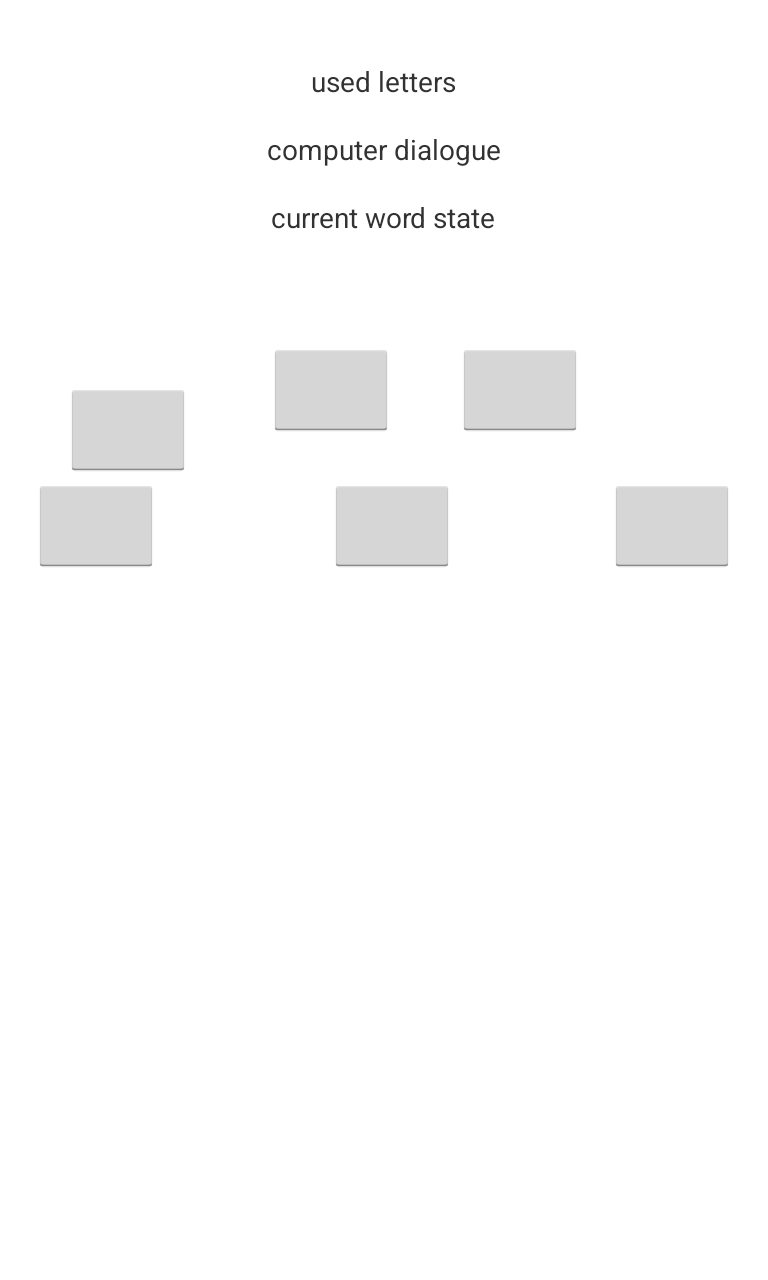
Repository: svandenhout/EvilSpaceMonsterHangman
Layout: evilSpaceMonsterHangman/res/layout/activity_main.xml
An editor plug-in stored every save of this project. The layout is shown before and after the next save, followed by the edit.
It is drawn on a 768 x 1280 px phone screen (xhdpi) without system bars, with theme AppTheme; the app's code is not run.

Above is the layout before, as saved 2013-12-16 12:30:26.

### evilSpaceMonsterHangman/res/layout/activity_main.xml
<RelativeLayout xmlns:android="http://schemas.android.com/apk/res/android"
              xmlns:tools="http://schemas.android.com/tools"
              android:layout_width="match_parent"
              android:layout_height="match_parent"
              android:paddingLeft="@dimen/activity_horizontal_margin"
              android:paddingRight="@dimen/activity_horizontal_margin"
              android:paddingTop="@dimen/activity_vertical_margin"
              android:paddingBottom="@dimen/activity_vertical_margin"
              tools:context=".MainActivity"
              android:orientation="vertical">

    <TextView
            android:id="@+id/usedLetters"
            android:layout_width="wrap_content"
            android:layout_height="wrap_content"
            android:text="@string/used_letters"
            android:layout_centerHorizontal="true"
            android:layout_marginTop="15dp"/>

    <TextView
            android:id="@+id/computerDialogue"
            android:layout_width="wrap_content"
            android:layout_height="wrap_content"
            android:layout_centerHorizontal="true"
            android:text="@string/computer_dialogue"
            android:layout_below="@+id/usedLetters"
            android:layout_marginTop="15dp"/>

    <TextView
            android:id="@+id/currentWordState"
            android:layout_width="wrap_content"
            android:layout_height="wrap_content"
            android:layout_below="@id/computerDialogue"
            android:text="@string/current_word_state"
            android:layout_centerHorizontal="true"
            android:layout_marginTop="15dp"/>

    <Button
        android:id="@+id/eye_1"
        android:layout_width="wrap_content"
        android:layout_height="wrap_content"
        android:layout_alignBaseline="@+id/eye_5"
        android:layout_alignBottom="@+id/eye_5"
        android:layout_alignParentRight="true"
        android:onClick="eyePress"
         />

    <Button
        android:id="@+id/eye_4"
        android:layout_width="wrap_content"
        android:layout_height="wrap_content"
        android:layout_alignBottom="@+id/eye_6"
        android:layout_alignLeft="@+id/computerDialogue"
        android:layout_marginBottom="20dp"
        android:onClick="eyePress" />

    <Button
        android:id="@+id/eye_6"
        android:layout_width="wrap_content"
        android:layout_height="wrap_content"
        android:layout_alignParentLeft="true"
        android:layout_below="@+id/currentWordState"
        android:layout_marginLeft="16dp"
        android:layout_marginTop="73dp"
        android:onClick="eyePress" />

    <Button
        android:id="@+id/eye_5"
        android:layout_width="wrap_content"
        android:layout_height="wrap_content"
        android:layout_alignParentLeft="true"
        android:layout_below="@+id/eye_6"
        android:onClick="eyePress" />

    <Button
        android:id="@+id/eye_3"
        android:layout_width="wrap_content"
        android:layout_height="wrap_content"
        android:layout_alignBaseline="@+id/eye_1"
        android:layout_alignBottom="@+id/eye_1"
        android:layout_toLeftOf="@+id/eye_2"
        android:onClick="eyePress" />

    <Button
        android:id="@+id/eye_2"
        android:layout_width="wrap_content"
        android:layout_height="wrap_content"
        android:layout_alignBaseline="@+id/eye_4"
        android:layout_alignBottom="@+id/eye_4"
        android:layout_toRightOf="@+id/usedLetters"
        android:onClick="eyePress" />

</RelativeLayout>

### evilSpaceMonsterHangman/res/values/strings.xml
<?xml version="1.0" encoding="utf-8"?>
<resources>

    <string name="app_name" >Hangman
    </string>

    <!-- settings & preferences -->
    <string name="hi_scores" >hi-scores
    </string>
    <string name="settings" >settings
    </string>
    <string name="reset" >reset game
    </string>

    <string name="title_user_name" >user name
    </string>
    <string name="title_word_length">word length
    </string>
    <string name="title_amount_of_turns">amount of turns
    </string>
    <string name="title_evil_mode">Evil Mode
    </string>

    <string name="summary_user_name">set your user name here
    </string>
    <string name="summary_word_length">set the length of the words that you want to use
    </string>
    <string name="summary_amount_of_turns">set the amount of turns until you lose
    </string>
    <string name="summary_evil_mode">Start playing Evil Mode, You will not win
    </string>

    <string name="dialog_user_name" >user name:
    </string>
    <string name="dialog_word_length">word length:
    </string>
    <string name="dialog_amount_of_turns">amount of turns:
    </string>
    <string name="dialog_evil_mode">Evil Mode?
    </string>


    <!-- game ui -->
    <string name="current_word" >current word
    </string>
    <string name="current_word_state" >current word state
    </string>
    <string name="used_letters" >used letters
    </string>
    <string name="computer_dialogue">computer dialogue</string>
    <string name="button_text">a</string>

    <!-- game states -->
    <string name="game_won">game won
    </string>
    <string name="game_lost">game lost
    </string>

    <!-- computer monologue -->
    <string name="cmonologue_start">Pick a letter to start playing</string>
    <string name="cmonologue_used">This letter has already been used, try again</string>
    <string name="cmonologue_invalid">WHAT THE HELL IS THAT!?, try another one</string>
    <string name="cmonologue_wrong">Wrong guess, pick again</string>
    <string name="cmonologue_correct">Lucky, why don\'t you try again?</string>
    <string name="cmonologue_won">:((</string>
    <string name="cmonologue_lost">:-)</string>
</resources>

Loaded but not shown: evilSpaceMonsterHangman/res/values/styles.xml (common file); evilSpaceMonsterHangman/res/values-v11/styles.xml (common file); evilSpaceMonsterHangman/res/values-v14/styles.xml (common file); evilSpaceMonsterHangman/res/values/dimens.xml (common file)

After the next save:
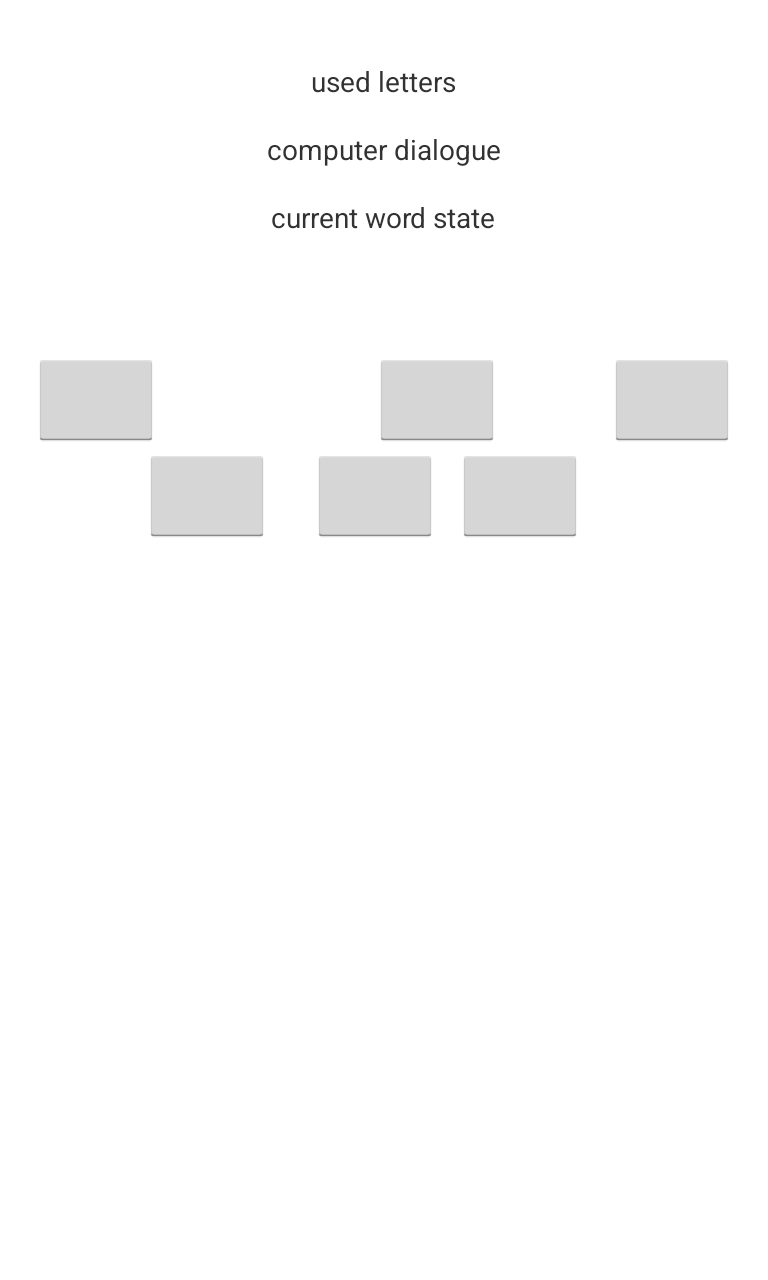
Saved 10 min 33 s later.
--- a/evilSpaceMonsterHangman/res/layout/activity_main.xml
+++ b/evilSpaceMonsterHangman/res/layout/activity_main.xml
@@ -39,19 +39,25 @@
         android:id="@+id/eye_1"
         android:layout_width="wrap_content"
         android:layout_height="wrap_content"
-        android:layout_alignBaseline="@+id/eye_5"
-        android:layout_alignBottom="@+id/eye_5"
+        android:layout_alignBaseline="@+id/eye_3"
+        android:layout_alignBottom="@+id/eye_3"
+        android:layout_toRightOf="@+id/usedLetters"
+        android:onClick="eyePress" />
+
+    <Button
+        android:id="@+id/eye_2"
+        android:layout_width="wrap_content"
+        android:layout_height="wrap_content"
+        android:layout_above="@+id/eye_1"
         android:layout_alignParentRight="true"
-        android:onClick="eyePress"
-         />
+        android:onClick="eyePress" />
 
     <Button
         android:id="@+id/eye_4"
         android:layout_width="wrap_content"
         android:layout_height="wrap_content"
-        android:layout_alignBottom="@+id/eye_6"
-        android:layout_alignLeft="@+id/computerDialogue"
-        android:layout_marginBottom="20dp"
+        android:layout_above="@+id/eye_1"
+        android:layout_alignRight="@+id/computerDialogue"
         android:onClick="eyePress" />
 
     <Button
@@ -60,34 +66,24 @@
         android:layout_height="wrap_content"
         android:layout_alignParentLeft="true"
         android:layout_below="@+id/currentWordState"
-        android:layout_marginLeft="16dp"
-        android:layout_marginTop="73dp"
+        android:layout_marginTop="58dp"
         android:onClick="eyePress" />
 
     <Button
         android:id="@+id/eye_5"
         android:layout_width="wrap_content"
         android:layout_height="wrap_content"
-        android:layout_alignParentLeft="true"
         android:layout_below="@+id/eye_6"
+        android:layout_toLeftOf="@+id/currentWordState"
         android:onClick="eyePress" />
 
     <Button
         android:id="@+id/eye_3"
         android:layout_width="wrap_content"
         android:layout_height="wrap_content"
-        android:layout_alignBaseline="@+id/eye_1"
-        android:layout_alignBottom="@+id/eye_1"
-        android:layout_toLeftOf="@+id/eye_2"
-        android:onClick="eyePress" />
-
-    <Button
-        android:id="@+id/eye_2"
-        android:layout_width="wrap_content"
-        android:layout_height="wrap_content"
-        android:layout_alignBaseline="@+id/eye_4"
-        android:layout_alignBottom="@+id/eye_4"
-        android:layout_toRightOf="@+id/usedLetters"
+        android:layout_alignBaseline="@+id/eye_5"
+        android:layout_alignBottom="@+id/eye_5"
+        android:layout_alignLeft="@+id/usedLetters"
         android:onClick="eyePress" />
 
 </RelativeLayout>
